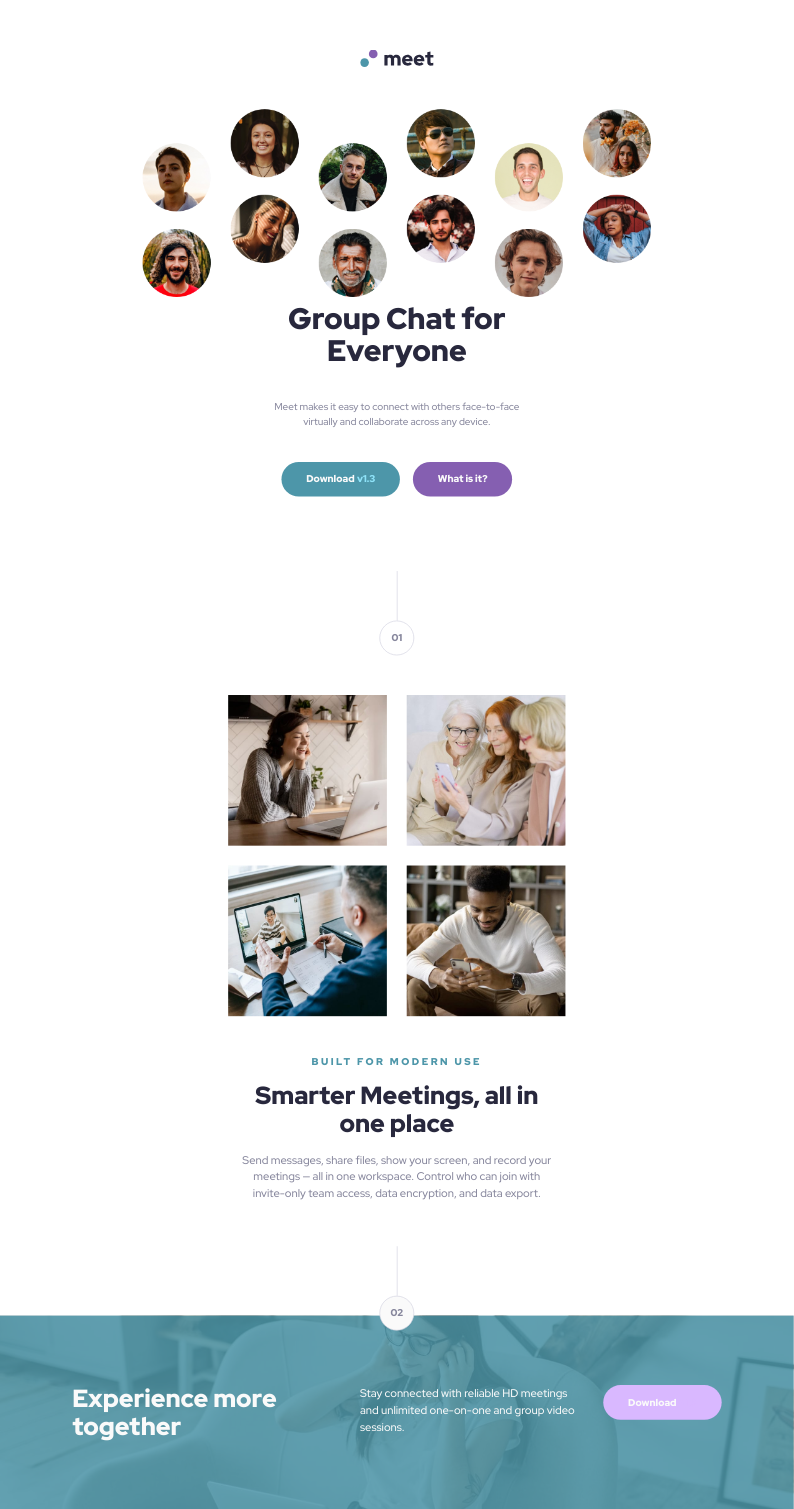
Repository: brandontaylor1/meet-landing-page
Page: index.html
These files come from the project's save history. The page is drawn as it stood at one moment and after the next save; the edit follows.
The browser window is 1280 px wide. The pictures show the whole page, at 62% of full size.
The pointer rests on the first visible `#footer-btn`.

Above is the page before, as saved 2025-01-13 20:41:31.

### index.html
<!DOCTYPE html>
<html lang="en">
<head>
    <meta charset="UTF-8">
    <meta name="viewport" content="width=device-width, initial-scale=1.0">
    <link rel="preconnect" href="https://fonts.googleapis.com">
    <link rel="preconnect" href="https://fonts.gstatic.com" crossorigin>
    <link href="https://fonts.googleapis.com/css2?family=Red+Hat+Display:ital,wght@0,300..900;1,300..900&display=swap" rel="stylesheet">
    <link rel="stylesheet" href="styles.css">
    <title>Meet Landing Page</title>
</head>
<body>
    <nav class="navbar">
        <div class="logo-container">
            <img src="./assets/images/logo.svg" alt="meet logo">
        </div>
    </nav>
    <section class="hero-section">
        <img src="" class="responsive-image" alt="responsive-image">
        <img src="./assets/images/image-hero-left.png" class="hero-images"  id="left-faces" alt="Left Faces">
        <div class="hero-content">
            <h1>Group Chat for Everyone</h1>
            <p>Meet makes it easy to connect with others face-to-face virtually and collaborate across any device.</p>
            <div class="btn-container">
                <button class="hero-btn" id="downloadBtn">Download<span>v1.3</span></button>
                <button class="hero-btn" id="whatisitBtn">What is it?</button>
            </div>
        </div>
        <img src="./assets/images/image-hero-right.png" class="hero-images" id="right-faces" alt="Right Faces">
    </section>

    <section class="main-content">
        <div class="content">
            <div class="design-container">
                <div class="gray-line"></div>
                <div class="gray-circle">01</div>
            </div>
            <div class="image-container">
                <img src="./assets/images/image-woman-in-videocall.jpg" alt="woman on video call">
                <img src="./assets/images/image-women-videochatting.jpg" alt="women vidoechatting">
                <img src="./assets/images/image-men-in-meeting.jpg" alt="men in a meeting">
                <img src="./assets/images/image-man-texting.jpg" alt="man texting">
            </div>
            <div class="text-container">
                <h3>Built for Modern Use</h3>
                <h2>Smarter Meetings, all in one place</h2>
                <p>Send messages, share files, show your screen, and record your meetings — all in one workspace. Control who can join with invite-only team access, data encryption, and data export.</p>
            </div>
        </div>
    </section>
    <div class="design-container">
        <div class="gray-line"></div>
        <div class="gray-circle white">02</div>
    </div>
    <section class="footer">
        <div class="footer-grid">
            <h2>Experience more together</h2>
            <p>Stay connected with reliable HD meetings and unlimited one-on-one and group video sessions.</p>
            <button class="hero-btn" id="footer-btn">Download <span class="footer-span">v1.3</span></button>
        </div>
    </section>

</body>
</html>

### styles.css
* {
    margin: 0;
    padding: 0;
    box-sizing: border-box
}

:root {
    --color-white: #FAFAFA;
    --color-slate: #87879D;
    --color-lightslate: #D1D1DF;
    --color-darkslate: #28283D;
    --color-cyan: #4D96A9;
    --color-purple: #855FB1;
    --color-lightcyan: #8FE3F9;
    --color-lightpurple: #D9B8FF;

    font-size: 16px;

}

body {
    display: flex;
    flex-direction: column;
    align-items: center;
    justify-content: center;
}

.white {
    background-color: var(--color-white);
}

.navbar {
    display: flex;
    padding: 5rem 5rem 0 5rem;
    flex-direction: column;
    justify-content: flex-end;
    align-items: center;
    gap: var(--spacing-100, .5rem);
    align-self: stretch;

}

.hero-section {
    display: flex;
    justify-content: space-between;
    align-items: center;
    padding: 4rem 5rem;
    height: auto;
    width: 100%;
}

.left-faces {
    padding-right: 95px;
    padding-bottom: 57px;
}

.right-faces {
    padding-left: 95px;
    padding-top: 57px;
}

.responsive-image {
    display: none;
}

.hero-section {
    width: 100%;
}

.hero-content {
    display: flex;
    flex-direction: column;
    align-items: center;
    justify-content: space-between;
    width: 448px;
    height: 314px;

}

.hero-content h1 {
    font-family: "Red Hat Display", sans-serif;
    font-size: 4rem;
    font-weight: 900;
    line-height: 110%;
    color: var(--color-darkslate);
    text-align: center;
}

.hero-content p {
    font-family: "Red Hat Display", sans-serif;
    font-size: 18px;
    font-weight: 500;
    line-height: 150%;
    color: var(--color-slate);
    text-align: center;

}

.hero-btn {
    padding: 16px 40px;
    border-radius: 29px;
    border: none;
    cursor: pointer;

}

#downloadBtn {
    background-color: var(--color-cyan);
    color: var(--color-white);
    font-size: 16px;
    font-family: "Red Hat Display", sans-serif;
    font-weight: 900;
    line-height: 150%;
    margin-right: 8.5px;
}

#downloadBtn span {
    margin-left: 4px;
    color: var(--color-lightcyan);
}


#downloadBtn:hover {
    background-color: var(--color-lightcyan);
    color: var(--color-white);
}

#downloadBtn:hover span {
    color: var(--color-white);
}

#whatisitBtn {
    background-color: var(--color-purple);
    color: var(--color-white);
    font-size: 16px;
    font-family: "Red Hat Display", sans-serif;
    font-weight: 900;
    line-height: 150%;
    margin-left: 8.5px;
}

#whatisitBtn:hover {
    background-color: var(--color-lightpurple);
    color: var(--color-white);
}

#footer-btn {
    background-color: var(--color-purple);
    color: var(--color-white);
    font-size: 16px;
    font-family: "Red Hat Display", sans-serif;
    font-weight: 900;
    line-height: 150%;
    margin-left: 8.5px;
}

#footer-btn:hover {
    background-color: var(--color-lightpurple);
    color: var(--color-white);
}

#whatisitBtn:hover .footer-span {
    color: var(--color-white);
}

.main-content {
    display: flex;
    flex-direction: column;
    align-items: center;
    justify-content: center;
    height: 883px;
    padding: 56px 80px 72px 80px;
}

.content {
    display: flex;
    flex-direction: column;
    align-items: center;
    justify-content: space-between;
    height: 755px;
}

.design-container {
    display: flex;
    justify-content: center;
    align-items: center;
    flex-direction: column;

}

.gray-line {
    width: 1px;
    height: 80px;
    background-color:  var(--color-lightslate);
    z-index: 5;
}

.gray-circle {
    width: 56px;
    height: 56px;
    display: flex;
    align-items: center;
    justify-content: center;
    border-radius: 50%;
    border: 1px solid var(--color-lightslate);
    color: var(--color-slate);
    font-size: 16px;
    font-family: "Red Hat Display", sans-serif;
    font-weight: 900;
    line-height: 150%;
    z-index: 5;
}

.image-container {
    display: grid;
    grid-template-columns: repeat(4, 1fr);
    grid-template-rows: 1fr;
    gap: 32px;
}

.image-container img {
    width: 256px;
    height: auto;
}

.text-container {
    width: 500px;
    height: 235px;
    display: flex;
    flex-direction: column;
    align-items: center;
    justify-content: space-between;
}

.text-container h3 {
    font-family: "Red Hat Display", sans-serif;
    font-size: 16px;
    font-weight: 900;
    line-height: 110%;
    text-transform: uppercase;
    letter-spacing: 4px;
    color: var(--color-cyan);
}

.text-container h2 {
    font-family: "Red Hat Display", sans-serif;
    font-size: 40px;
    font-style: normal;
    font-weight: 900;
    line-height: 110%;
    text-align: center;
    color: var(--color-darkslate);
}

.text-container p {
    font-family: "Red Hat Display", sans-serif;
    font-size: 18px;
    font-style: normal;
    font-weight: 500;
    line-height: 150%;
    text-align: center;
    color: var(--color-slate)
}


.footer {
    padding: 7rem 5rem;
    width: 100%;
    display: flex;
    align-items: center;
    justify-content: center;
    background-image: url("./assets/images/image-footer.jpg");
    background-size: cover;
    background-position: center;
    background-repeat: no-repeat;
    margin-top: -1.5rem;
    position: relative;
    z-index: 0;
}

.footer-grid {
    display: flex;
    align-items: flex-start;
    justify-content: center;
    grid-template-columns: repeat(3, 1fr);
    width: 70rem;
    gap: 32px;
    z-index: 2;

}

.footer-grid h2 {
    font-family: "Red Hat Display", sans-serif;
    font-size: 2.5rem;
    font-weight: 900;
    line-height: 110%;
    color: var(--color-white);
    width: 27rem;
}

.footer-grid p {
    font-family: "Red Hat Display", sans-serif;
    font-size: 1.125rem;
    font-weight: 500;
    line-height: 150%;
    color: var(--color-white);
    width: 22rem;
}

.footer::before {
    content: "";
    position: absolute;
    top: 0;
    left: 0;
    width: 100%;
    height: 100%;
    background-color: hsla(192, 37%, 48%, 0.85); /* Adjust the color and opacity as needed */
    z-index: 1;
}

.footer-span {
    color: var(--color-lightpurple)
}


@media screen and (min-width: 795px) and (max-width: 1354px) {
    .hero-section {
        display: flex;
        padding: var(--spacing-800, 64px) var(--spacing-400, 32px);
        flex-direction: column;
        align-items: center;
        gap: var(--spacing-100, 8px);
        align-self: stretch;
    }

    .hero-content {
        display: flex;
        flex-direction: column;
        align-items: center;
        gap: var(--spacing-300, 24px);
    }

    .hero-content h1 {
        font-size: 3rem;
    }

    .hero-content p {
        font-size: 16px;
    }

    .hero-images {
        display: none;
    }

    .responsive-image {
        display: block;
        content: url("./assets/images/tablet/image-hero.png");
    }

    .main-content {
        width: 100%;
        height: auto;
        /* padding: 56px 40px 72px 40px; */
    }

    .content {
        height: auto;
        display: flex;
        flex-direction: column;
        align-items: center;
        justify-content: space-between;
    }

    .image-container {
        grid-template-columns: repeat(2, 1fr);
        grid-template-rows: repeat(2, 1fr);
        padding: 4rem 0;
    }
}

@media screen and (max-width: 806px) {
    .hero-images {
        display: none;

    }

    .hero-section {
        display: flex;
        padding: var(--spacing-800, 64px) var(--spacing-400, 32px) var(--spacing-400, 32px) var(--spacing-400, 32px);
        flex-direction: column;
        align-items: center;
        gap: var(--spacing-100, 8px);
        align-self: stretch;
    }

    .hero-content {
        display: flex;
        flex-direction: column;
        align-items: center;
        gap: var(--spacing-300, 24px);
        align-self: stretch;
        width: 100%;
        margin-top: 32px;
    }

    .hero content h1 {
        font-size: 2rem;
    }

    .main-content {
        width: 100%;
        height: auto;
        /* padding: 56px 40px 72px 40px; */
    }

    .content {
        height: auto;
        display: flex;
        flex-direction: column;
        align-items: center;
        justify-content: space-between;
    }

    .image-container {
        grid-template-columns: repeat(2, 1fr);
        grid-template-rows: repeat(2, 1fr);
        padding: 4rem 0;
    }

    .responsive-image {
        display: block;
        content: url('./assets/images/tablet/image-hero.png');
        width: 100%;
    }

    .footer {
        padding: 2rem;
        width: 100%;
    }

    .footer-grid {
        display: flex;
        align-items: center;
        flex-direction: column;
        justify-content: center;
        width: 100%;
        gap: 16px;
        text-align: center;;
    }
}

@media screen and (max-width: 480px) {
    .hero-section {
        display: flex;
        padding: var(--spacing-800, 64px) var(--spacing-400, 32px) var(--spacing-400, 32px) var(--spacing-400, 32px);
        flex-direction: column;
        align-items: center;
        gap: var(--spacing-100, 8px);
        align-self: stretch;
    }

    .hero-content {
        display: flex;
        flex-direction: column;
        align-items: center;
        gap: var(--spacing-300, 24px);
        align-self: stretch;
        width: 100%;
    }

    .hero content h1 {
        font-size: 2rem;
    }

    .main-content {
        width: 100%;
        height: auto;
        /* padding: 56px 40px 72px 40px; */
    }

    .content {
        height: auto;
        display: flex;
        flex-direction: column;
        align-items: center;
        justify-content: space-between;
    }

    .responsive-image {
        display: block;
        content: url('./assets/images/mobile/image-hero.png');
        width: 100%;

    }

    .image-container {
        grid-template-columns: repeat(1, 1fr);
        grid-template-rows: repeat(4, auto);
    }

    .btn-container {
        display: flex;
        flex-direction: column;
        align-items: center;
        justify-content: center;
        gap: var(--spacing-100, 8px);
    }


}

After the next save:
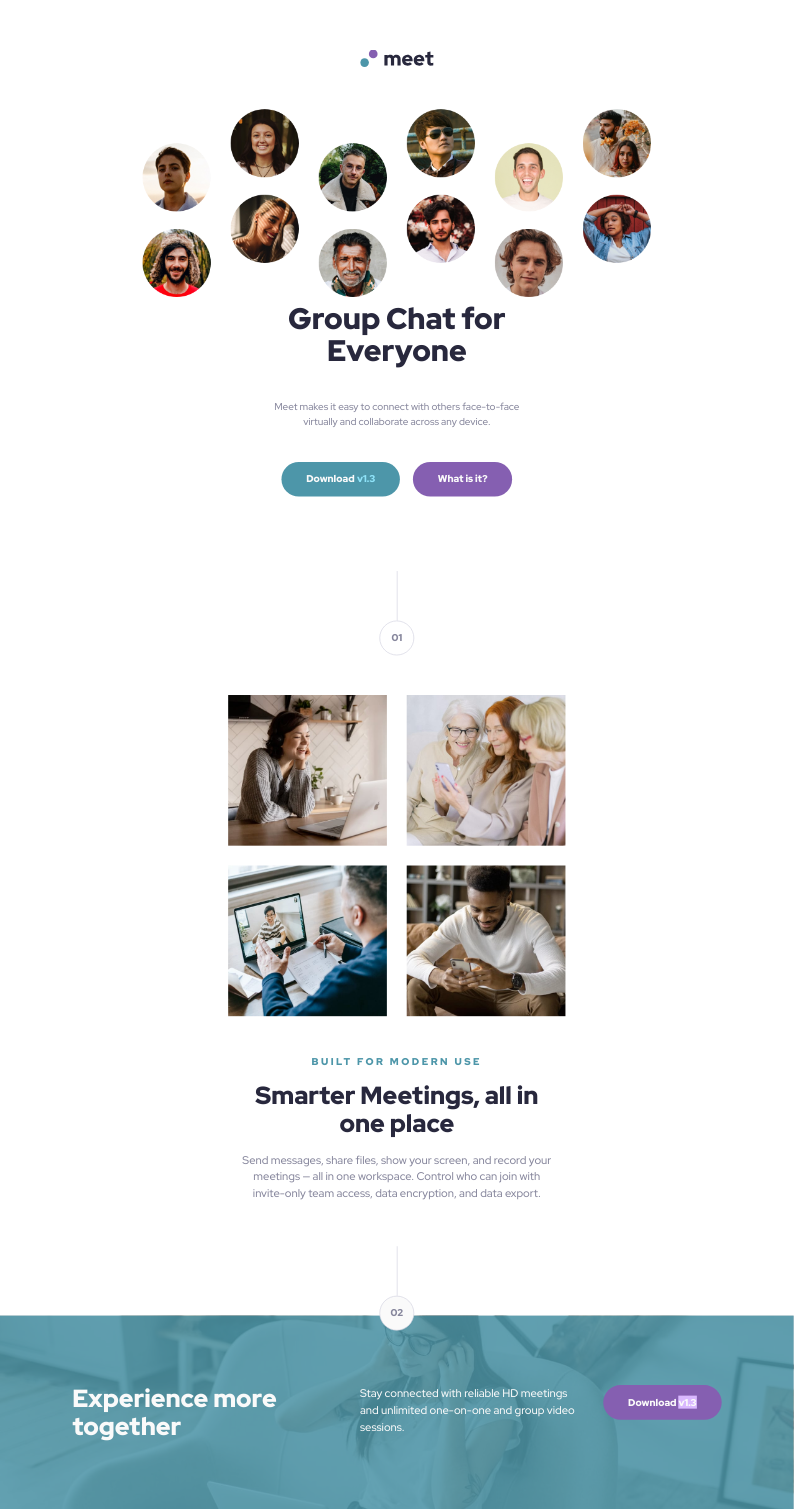
Saved 14 s later.
--- a/styles.css
+++ b/styles.css
@@ -154,7 +154,7 @@
     margin-left: 8.5px;
 }
 
-#footer-btn:hover {
+#footer-btn:hover .footer-span {
     background-color: var(--color-lightpurple);
     color: var(--color-white);
 }

After the save that followed:
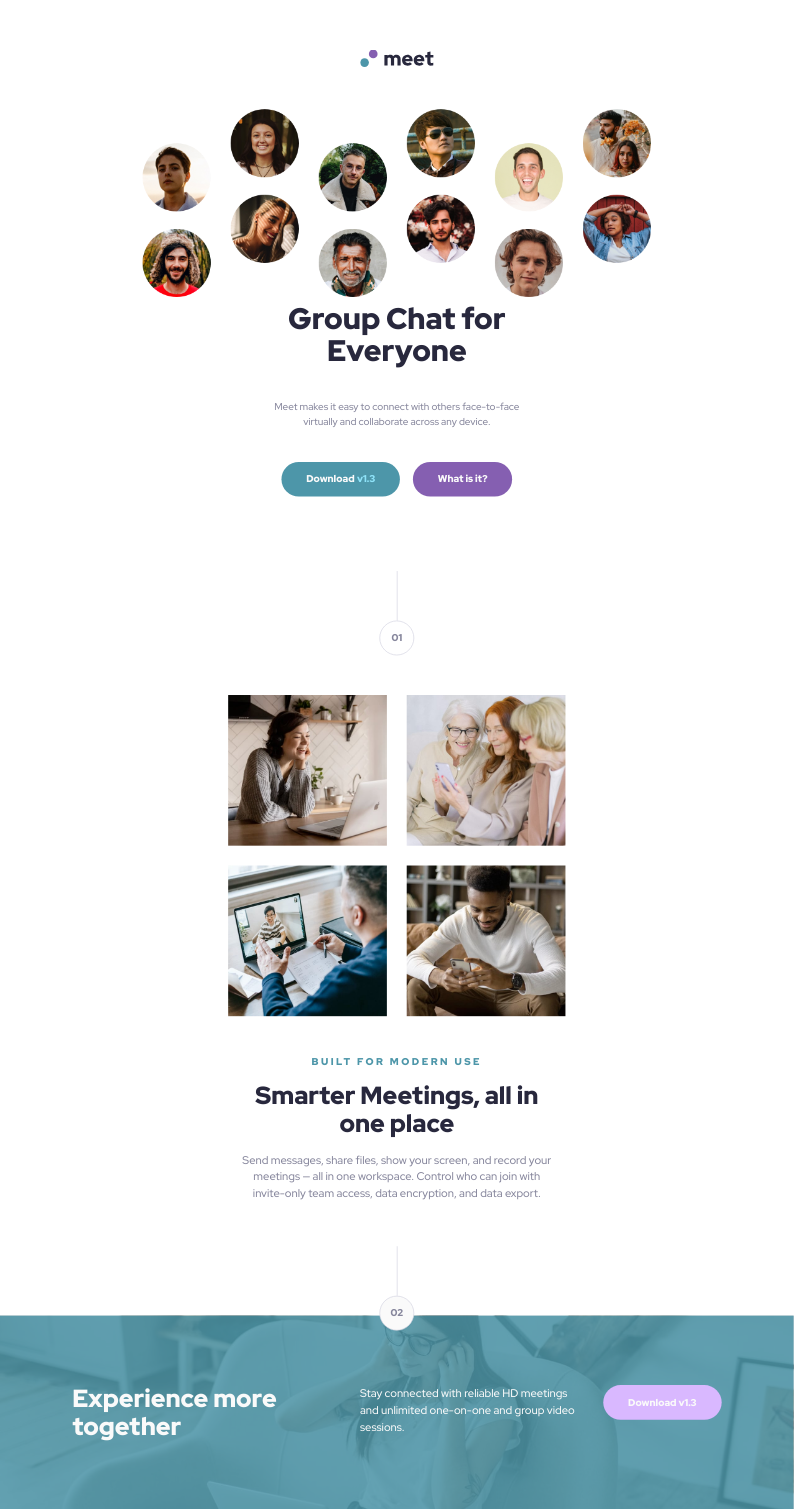
Saved 31 s later.
--- a/styles.css
+++ b/styles.css
@@ -154,12 +154,12 @@
     margin-left: 8.5px;
 }
 
+#footer-btn:hover {
+    background-color: var(--color-lightpurple);
+    color: var(--color-white);
+}
+
 #footer-btn:hover .footer-span {
-    background-color: var(--color-lightpurple);
-    color: var(--color-white);
-}
-
-#whatisitBtn:hover .footer-span {
     color: var(--color-white);
 }
 
